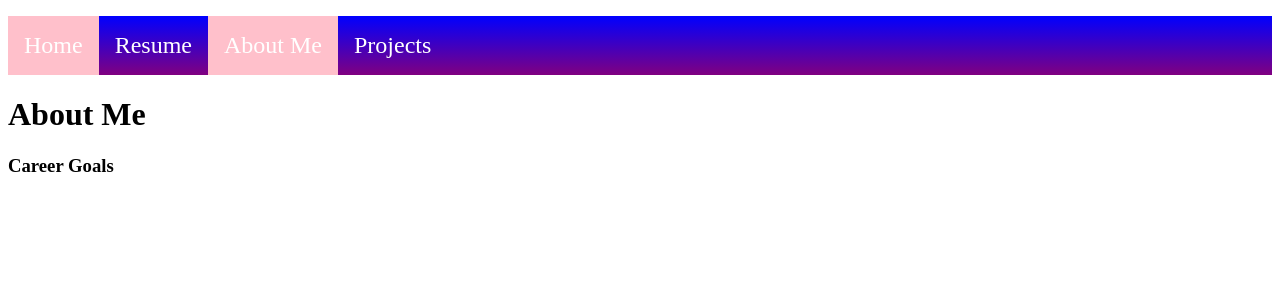
Repository: Peng-uin/Peng-uin.github.io
Page: aboutme.html
The author's editor kept a record of every edit. The page is drawn from the files as they stood at one moment, then again after the next edit.
The browser window is 1280 px wide. The pictures show the whole page.
The pointer rests on the first visible `.navbar li`.

Above is the page before.

### aboutme.html
<!DOCTYPE html>
<html>
    <head>
        <title>Page Title</title>
        <link rel="stylesheet" type="text/css" href="style.css">
    </head>
    <body>

        <ul class="navbar">
            <li><a href="index.html">Home</a></li>
            <li><a href="resume.html">Resume</a></li>
            <li class="active"><a href="aboutme.html">About Me</a></li>
            <li class="dropdown">
                <div>Projects</div>
                <ul class="dropdown-content">
                    <li><a href="project1.html">Project1</a></li>
                     <li><a href="project2.html">Project2</a></li>
                      <li><a href="project3.html">Project3</a></li>
                </ul>

            </li>
        </ul>
        <h1>About Me</h1>
        <font-size=12px;>
        <h3>Career Goals</h3>
        <p> </p>
    </body>
</html>

### style.css
.navbar{
                list-style: none;
                background-color: black;
                overflow: hidden;
                padding: 0;
                width: 100%;
            background-image:-webkit-linear-gradient(blue, purple);
            background-image:-moz-linear-gradient(blue, purple);
            background-image:-o-linear-gradient(blue, purple);
            background-image:linear-gradient(blue, purple);
            }
            .navbar a, .dropdown div{
                text-decoration: none;
                color: white;
                font-size:24px;
                padding: 16px;
                display: inline-block;
            }
            .navbar li{
                float: left;
            }
            .navbar li:hover{
                background-color: pink;
            }
            .dropdown-content{
                list-style: none;
                padding: 0;
                display: none;
                position: absolute;
                z-index: 1;
                background-color: black;
            }
            .dropdown-content li{
                float:none;
            }
            .dropdown:hover .dropdown-content{
                display: block;

            }
            .active{
                background-color: pink;
            }

After the next edit:
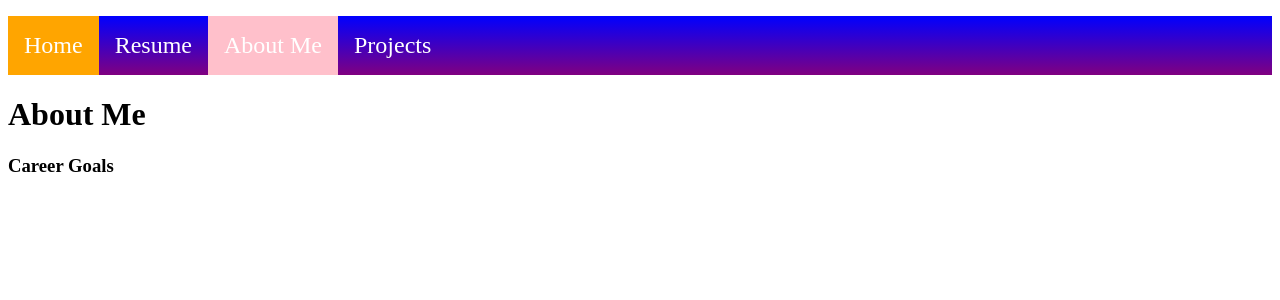
The edit:
--- a/style.css
+++ b/style.css
@@ -20,7 +20,7 @@
                 float: left;
             }
             .navbar li:hover{
-                background-color: pink;
+                background-color: orange;
             }
             .dropdown-content{
                 list-style: none;
